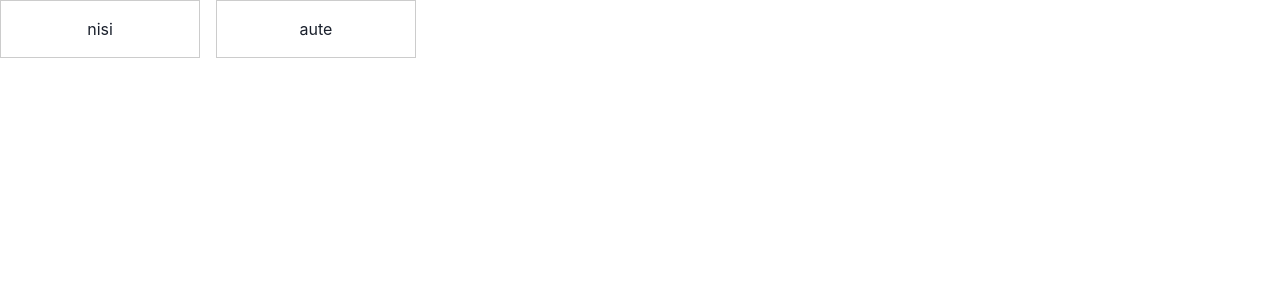
Repository: Jordybeer/wow
Page: /
An editor plug-in stored every save of this project. The page is shown before and after the next save, followed by the edit.
The browser window is 1280 px wide. The pictures show the whole page.
The project was rebuilt for these pictures with package versions that can differ from the ones it lists, and the page was loaded fresh each time. The framework's server and built-in components were replaced by stand-ins that run in the browser. Also part of the build but not shown: components/ExpandedCard.tsx.

Above is the page before, as saved 2023-09-18 10:37:47.

### pages/_app.tsx
// pages/_app.js
import * as React from "react";
import { ChakraProvider } from "@chakra-ui/react";
import "slick-carousel/slick/slick.css";
import "slick-carousel/slick/slick-theme.css";
import "../styles.css";

function MyApp({ Component, pageProps }) {
  return (
    <ChakraProvider>
      <Component {...pageProps} />
    </ChakraProvider>
  );
}

export default MyApp;

### pages/index.tsx
// pages/index.tsx
import React, { useState } from 'react';
import CardGrid from '../components/CardGrid';
import ExpandedCard from '../components/ExpandedCard';

const Home = () => {
  const [selectedCard, setSelectedCard] = useState(null);

  return (
    <div>
      <CardGrid setSelectedCard={setSelectedCard} />
      {selectedCard && (
        <ExpandedCard data={selectedCard} setSelectedCard={setSelectedCard} />
      )}
    </div>
  );
};

export default Home;

### styles.css
/* styles/styles.css */
.grid {
  display: grid;
  grid-template-columns: repeat(auto-fill, minmax(200px, 1fr));
  gap: 16px;
}

.card, .expanded-card {
  border: 1px solid #ccc;
  padding: 16px;
  text-align: center;
  transition: all 0.3s ease-in-out;
}

.expanded-card {
  position: fixed;
  top: 0;
  left: 0;
  width: 100%;
  height: 100%;
  background-color: rgba(0, 0, 0, 0.8);
  z-index: 1000;
}

.slideshow {
  width: 100%;
  height: 50%;
  overflow: hidden;
}

.description {
  padding: 16px;
}

### components/CardGrid.tsx
import React, { useState, useEffect } from 'react';
import Card from './Card';
import { LoremIpsum } from 'lorem-ipsum';

const CardGrid = ({ setSelectedCard }) => {
  const [data, setData] = useState([]);

  useEffect(() => {
    const lorem = new LoremIpsum({
      sentencesPerParagraph: {
        max: 8,
        min: 4
      },
      wordsPerSentence: {
        max: 16,
        min: 4
      }
    });

    const generatedData = [
      {
        img: 'https://source.unsplash.com/random/150x100?nature,1',
        title: lorem.generateWords(1),
        description: lorem.generateSentences(5),
        images: [
          'https://source.unsplash.com/random/300x200?nature,1',
          'https://source.unsplash.com/random/300x200?nature,2',
          'https://source.unsplash.com/random/300x200?nature,3',
        ]
      },
      {
        img: 'https://source.unsplash.com/random/150x100?city,1',
        title: lorem.generateWords(1),
        description: lorem.generateSentences(5),
        images: [
          'https://source.unsplash.com/random/300x200?city,1',
          'https://source.unsplash.com/random/300x200?city,2',
          'https://source.unsplash.com/random/300x200?city,3',
        ]
      },
      // ... you can add more data here
    ];

    setData(generatedData);
  }, []);

  return (
    <div className="grid">
      {data.map((item, index) => (
        <Card key={index} data={item} setSelectedCard={setSelectedCard} />
      ))}
    </div>
  );
};
export default CardGrid;

### components/Card.tsx
import React from 'react';
import ExpandedCard from './ExpandedCard';

interface CardProps {
  data: {
    title: string;
    description: string;
  };
  setSelectedCard: React.Dispatch<React.SetStateAction<any>>;
}

const Card: React.FC<CardProps> = ({ data, setSelectedCard }) => {
  const [isOpen, setIsOpen] = React.useState(false);

  const handleOpen = () => {
    setSelectedCard(data);
    setIsOpen(true);
  };

  const handleClose = () => {
    setIsOpen(false);
  };

  return (
    <>
      <div className="card" onClick={handleOpen}>
        <h2>{data.title}</h2>
      </div>
      {isOpen && <ExpandedCard data={data} onClose={handleClose} />}
    </>
  );
};

export default Card;

After the next save:
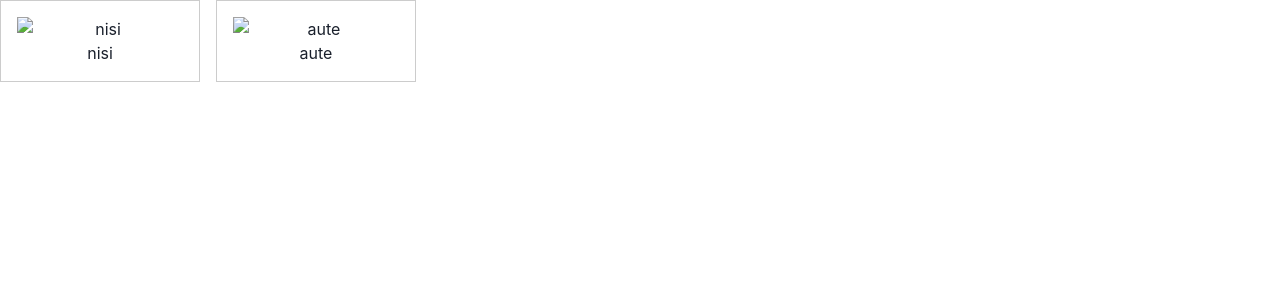
Saved 11 s later.
--- a/components/Card.tsx
+++ b/components/Card.tsx
@@ -5,6 +5,7 @@
   data: {
     title: string;
     description: string;
+    image: string;
   };
   setSelectedCard: React.Dispatch<React.SetStateAction<any>>;
 }
@@ -24,6 +25,7 @@
   return (
     <>
       <div className="card" onClick={handleOpen}>
+        <img src={data.image} alt={data.title} />
         <h2>{data.title}</h2>
       </div>
       {isOpen && <ExpandedCard data={data} onClose={handleClose} />}
